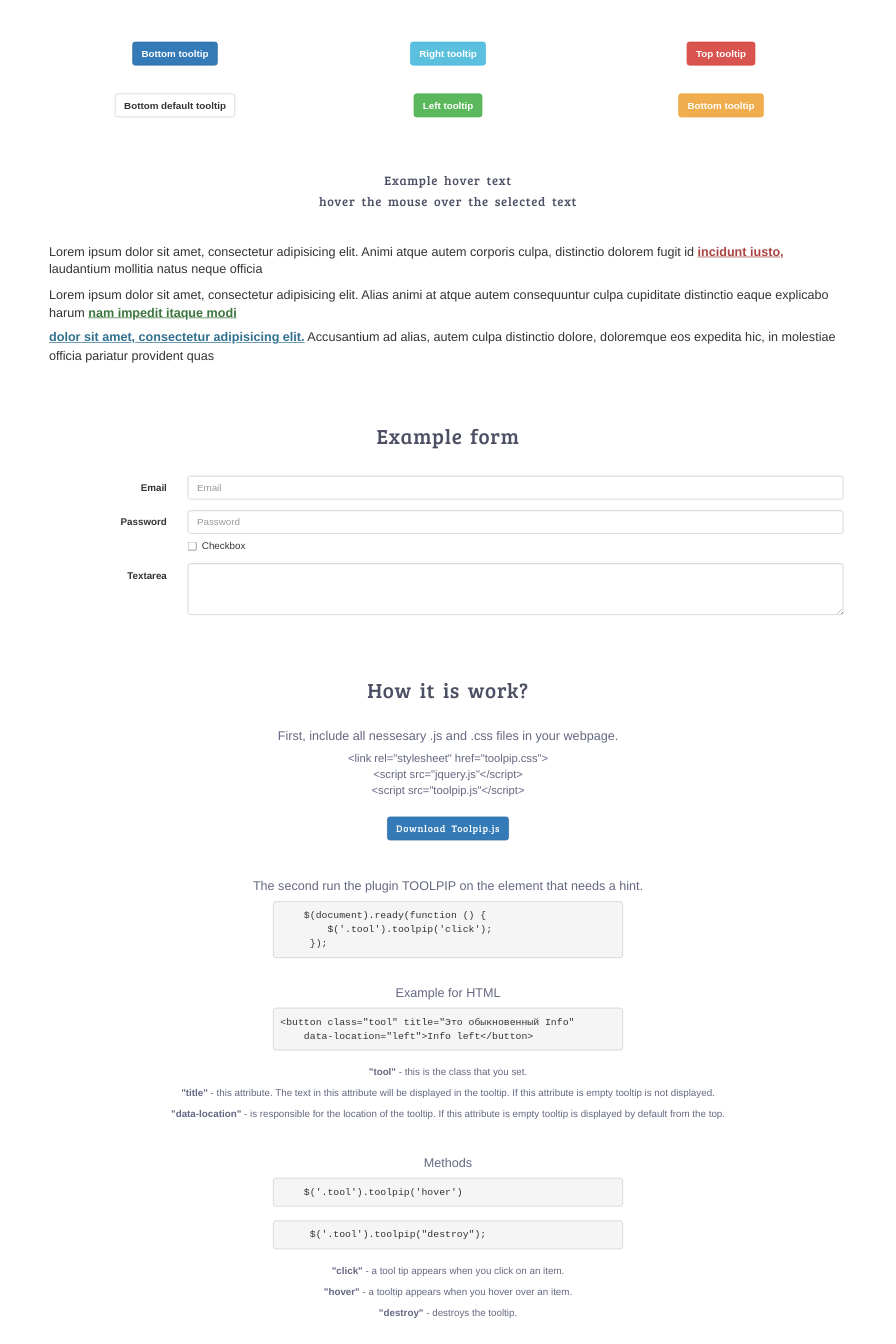
Repository: Raz-Dva/Toolpip-plugin
Page: index.html
An editor plug-in stored every save of this project. The page is shown before and after the next save, followed by the edit.
The browser window is 1280 px wide. The pictures show the part of the page from y = 992 to 2912 px (the page is 3258 px tall before and 3261 px after), at 70% of full size.

Above is the page before, as saved 2021-10-21 11:08:37.

### index.html
<!DOCTYPE html>
<html lang="en">
  <head>
    <!-- Required meta tags -->
    <meta charset="utf-8" />
    <meta
      name="viewport"
      content="width=device-width, initial-scale=1, shrink-to-fit=no"
    />
    <!-- Bootstrap CSS -->
    <link rel="apple-touch-icon" sizes="180x180" href="/apple-touch-icon.png" />
    <link rel="icon" type="image/png" sizes="32x32" href="favicon-32x32.png" />
    <link rel="icon" type="image/png" sizes="16x16" href="favicon-16x16.png" />
    <link rel="mask-icon" href="/safari-pinned-tab.svg" color="#5bbad5" />
    <meta name="msapplication-TileColor" content="#da532c" />
    <meta name="theme-color" content="#ffffff" />
    <link rel="stylesheet" href="css/library/bootstrap.min.css" />
    <link rel="stylesheet" href="css/normalize.css" />
    <link rel="stylesheet" href="css/toolpip.min.css" />
    <link rel="stylesheet" href="css/main-style.css" />
    <link
      href="https://fonts.googleapis.com/css?family=Bree+Serif"
      rel="stylesheet"
    />
    <title>Toolpip</title>
  </head>
  <body>
    <header>
      <div class="header_bg">
        <div class="header_bg_img">
          <nav class="navbar navbar-default nav-header">
            <div class="container">
              <div class="navbar-header">
                <button
                  type="button"
                  class="navbar-toggle collapsed"
                  data-toggle="collapse"
                  data-target="#bs-example-navbar-collapse-1"
                  aria-expanded="false"
                >
                  <span class="sr-only">Toggle navigation</span>
                  <span class="icon-bar"></span>
                  <span class="icon-bar"></span>
                  <span class="icon-bar"></span>
                </button>
                <a
                  class="navbar-brand wrap-logo"
                  href="http://honcharov-portfolio.herokuapp.com/"
                >
                  <div class="logo-block">
                    <img src="img/my-logo1.jpg" alt="" />
                  </div>
                  <p class="name-logo">Hellfish</p>
                </a>
              </div>
              <!-- Collect the nav links, forms, and other content for toggling -->
              <div
                class="collapse navbar-collapse"
                id="bs-example-navbar-collapse-1"
              >
                <ul class="nav navbar-nav navbar-right">
                  <li><a href="#advantages">Advantages</a></li>
                  <li><a href="#example">Example</a></li>
                  <li><a href="#how-work">How it is work?</a></li>
                  <li>
                    <a href="https://github.com/Raz-Dva/Toolpip-plugin.git"
                      >Download</a
                    >
                  </li>
                </ul>
              </div>
              <!-- /.navbar-collapse -->
            </div>
            <!-- /.container-fluid -->
          </nav>
          <div class="container">
            <div class="row">
              <div class="col-md-6 text-head">
                <h1 class="text-right regular-head">Tooltip</h1>
                <h2 class="regular-head">
                  Tooltips can be attached to any element. When you hover the
                  element with your mouse, the title attribute is displayed in a
                  little box next to the element, just like a native tooltip.
                </h2>
                <h2 class="regular-head">
                  This is a plugin written for example. Not recommended for commercial projects.
                </h2>
                <a
                  href="https://github.com/Raz-Dva/Toolpip-plugin.git"
                  class="btn btn-primary btn-download"
                  >Download</a
                >
              </div>
              <div class="col-md-6 col-img-head">
                <div class="img-head">
                  <img src="img/head-img.png" alt="" />
                </div>
              </div>
            </div>
          </div>
        </div>
      </div>
    </header>
    <main>
      <div class="advantages block-article" id="advantages">
        <div class="container">
          <div class="row">
            <div class="col-sm-12">
              <h2 class="regular-head advantages-head">Advantages</h2>
            </div>
            <div class="col-md-4">
              <h3 class="regular-head">Available CCS</h3>
              <p class="advantages-text">
                You can easily customize your tooltip with css. Add your class
                for a hint using the
                <span class="text-danger">data-class=""</span> attribute and
                create your own styles for that class. Styles for tooltips by
                default are in the file
                <a href="https://github.com/Raz-Dva/Toolpip-plugin/blob/master/css/toolpip.css" class="text-danger text-underline">toolpip.css</a>
              </p>
            </div>
            <div class="col-md-4">
              <h3 class="regular-head">Convenient positioning</h3>
              <p class="advantages-text">
                Now you can not worry about the location of your tips. Your hint
                will automatically change its location if you get out of the
                screen. However, don't forget to test the web page on your
                smartphone.
              </p>
            </div>
            <div class="col-md-4">
              <h3 class="regular-head">Light weight</h3>
              <p class="advantages-text">
                This plugin weight is very light and script is very simple. But
                it is also low-functional. If you want to improve plugin or add
                your methods and functions need to modify file toolpip.js.
              </p>
            </div>
          </div>
        </div>
      </div>
      <div class="example-btn bckg block-article" id="example">
        <div class="container">
          <div class="row">
            <div class="col-sm-12">
              <h2 class="regular-head advantages-head text-center">
                Example click button
              </h2>
            </div>
            <div class="col-md-4 col-sm-6 text-center block-btn">
              <button
                class="btn btn-primary tool"
                data-location="bottom"
                data-class="tooltip-yellow"
                title="Text for tooltip"
              >
                Bottom tooltip
              </button>
            </div>
            <div class="col-md-4 col-sm-6 text-center block-btn">
              <button
                class="btn btn-info tool"
                data-class="tooltip-grey"
                data-location="right"
                title="Text for tooltip"
              >
                Right tooltip
              </button>
            </div>
            <div class="col-md-4 col-sm-6 text-center block-btn">
              <button
                class="btn btn-danger tool"
                data-class="tooltip-dark-blue"
                data-location="top"
                title="Lorem ipsum dolor sit amet, consectetur adipisicing elit. Ab accusamus amet et facilis nam, non officiis repellat voluptate"
              >
                Top tooltip
              </button>
            </div>
            <div class="col-md-4 col-sm-6 text-center block-btn">
              <button
                class="btn btn-default tool"
                data-location="bottom"
                title="Text for tooltip"
              >
                Bottom default tooltip
              </button>
            </div>

            <div class="col-md-4 col-sm-6 text-center block-btn">
              <button
                class="btn btn-success tool"
                data-class="tooltip-blue"
                data-location="left"
                title="Text for tooltip"
              >
                Left tooltip
              </button>
            </div>
            <div class="col-md-4 col-sm-6 text-center block-btn">
              <button
                class="btn btn-warning tool"
                data-class="tooltip-circle"
                data-location="bottom"
                title="82%"
              >
                Bottom tooltip
              </button>
            </div>
          </div>
        </div>
      </div>
      <div class="example-text block-article">
        <div class="container">
          <div class="row">
            <div class="col-sm-12">
              <h2 class="regular-head advantages-head text-center">
                <p>Example hover text</p>
                <p>hover the mouse over the selected text</p>
              </h2>
            </div>
            <div class="col-sm-12 example-text">
              <p class="">
                Lorem ipsum dolor sit amet, consectetur adipisicing elit. Animi
                atque autem corporis culpa, distinctio dolorem fugit id
                <strong
                  class="text-danger tool-hv text-underline"
                  data-location="bottom"
                  data-class="tooltip-yellow"
                  title="Text for tooltip"
                  >incidunt iusto,</strong
                >
                laudantium mollitia natus neque officia
              </p>
            </div>
            <div class="col-sm-12 example-text">
              <p class="">
                Lorem ipsum dolor sit amet, consectetur adipisicing elit. Alias
                animi at atque autem consequuntur culpa cupiditate distinctio
                eaque explicabo harum
                <strong
                  class="tool-hv text-success text-underline"
                  data-class="tooltip-blue"
                  data-location="left"
                  title="Text for tooltip"
                  >nam impedit itaque modi</strong
                >
              </p>
            </div>
            <div class="col-sm-12 example-text">
              <p class="">
                <strong
                  class="tool-hv text-info text-underline"
                  data-class="tooltip-dark-blue"
                  data-location="top"
                  title="10/2"
                  >dolor sit amet, consectetur adipisicing elit.</strong
                >
                Accusantium ad alias, autem culpa distinctio dolore, doloremque
                eos expedita hic, in molestiae officia pariatur provident quas
              </p>
            </div>
          </div>
        </div>
      </div>
      <div class="example-form block-article">
        <div class="container">
          <div class="row">
            <div class="col-sm-12">
              <h2 class="regular-head advantages-head text-center">
                Example form
              </h2>
            </div>
            <form class="form-horizontal">
              <div class="form-group">
                <label for="inputEmail" class="col-lg-2 control-label"
                  >Email</label
                >
                <div class="col-lg-10">
                  <input
                    type="text"
                    class="form-control tool-hv"
                    data-class="tooltip-yellow"
                    data-location="top"
                    title="Email"
                    id="inputEmail"
                    placeholder="Email"
                  />
                </div>
              </div>
              <div class="form-group">
                <label for="inputPassword" class="col-lg-2 control-label"
                  >Password</label
                >
                <div class="col-lg-10">
                  <input
                    type="password"
                    class="form-control tool-hv"
                    id="inputPassword"
                    placeholder="Password"
                    data-class="tooltip-blue"
                    data-location="left"
                    title="Password"
                  />
                  <div class="checkbox pull-left">
                    <input
                      type="checkbox"
                      class="tool-hv"
                      data-location="top"
                      title="Text for tooltip"
                    />

                    <label
                      class="tool-hv"
                      data-location="top"
                      title="Text for tooltip"
                      >Checkbox
                    </label>
                  </div>
                </div>
              </div>
              <div class="form-group">
                <label for="textArea" class="col-lg-2 control-label"
                  >Textarea</label
                >
                <div class="col-lg-10">
                  <textarea
                    class="form-control tool-hv"
                    data-class="tooltip-grey"
                    data-location="right"
                    title="Textarea"
                    rows="3"
                    id="textArea"
                  ></textarea>
                </div>
              </div>
            </form>
          </div>
        </div>
      </div>
      <div class="how-work block-article" id="how-work">
        <div class="container">
          <div class="row">
            <div class="col-sm-12">
              <h2 class="regular-head advantages-head text-center">
                How it is work?
              </h2>
              <p class="advantages-text">
                First, include all nessesary .js and .css files in your webpage.
              </p>
              <p class="text-center">
                <span class="code-item"
                  >&lt;link rel=&quot;stylesheet&quot;
                  href=&quot;toolpip.css&quot;&gt;</span
                >
                <br />
                <span class="code-item"
                  >&lt;script src=&quot;jquery.js&quot;&lt;/script&gt;</span
                >
                <br />
                <span class="code-item"
                  >&lt;script src=&quot;toolpip.js&quot;&lt;/script&gt;</span
                >
                <br />
                <br />

                <a
                  href="https://github.com/Raz-Dva/Toolpip-plugin.git"
                  class="btn btn-primary btn-download"
                  >Download Toolpip.js</a
                >
              </p>
              <br />
              <br />
              <p class="advantages-text">
                The second run the plugin TOOLPIP on the element that needs a
                hint.
              </p>
              <pre class="pre-block">
    $(document).ready(function () {
        $('.tool').toolpip('click');
     });</pre
              >
              <br />
              <br />
              <p class="advantages-text">Example for HTML</p>
              <pre class="pre-block">
&lt;button class="tool" title="Это обыкновенный Info"
    data-location="left"&gt;Info left&lt;/button&gt;</pre
              >
              <br />
              <p class="descript-text text-center">
                <span>"tool"</span> - this is the class that you set.
              </p>
              <p class="descript-text text-center">
                <span>"title"</span> - this attribute. The text in this
                attribute will be displayed in the tooltip. If this attribute is
                empty tooltip is not displayed.
              </p>
              <p class="descript-text text-center">
                <span>"data-location"</span> - is responsible for the location
                of the tooltip. If this attribute is empty tooltip is displayed
                by default from the top.
              </p>
              <br />
              <br />
              <p class="advantages-text">Methods</p>
              <pre class="pre-block">    $('.tool').toolpip('hover')</pre>
              <br />
              <pre class="pre-block">     $('.tool').toolpip("destroy");</pre>
              <br />
              <p class="descript-text text-center">
                <span>"click"</span> - a tool tip appears when you click on an
                item.
              </p>
              <p class="descript-text text-center">
                <span>"hover"</span> - a tooltip appears when you hover over an
                item.
              </p>
              <p class="descript-text text-center">
                <span>"destroy"</span> - destroys the tooltip.
              </p>
              <br />
              <br />
            </div>
          </div>
        </div>
      </div>
    </main>
    <footer>
      <div class="container">
        <div class="row">
          <div class="col-sm-12">
            <h2 class="regular-head text-center">
              For everyone who wants to write to me.
            </h2>
            <ul class="social-icon">
              <li>
                <a href="mailto:my.poshta.goncharov@gmail.com"
                  ><img src="img/email.svg" alt=""
                /></a>
              </li>
              <li>
                <a href="https://www.facebook.com/ivan.goncharov.180"
                  ><img src="img/facebook-svgrepo-com.svg" alt=""
                /></a>
              </li>
              <li>
                <a href="skype:ivan-my-skype"
                  ><img src="img/skype-svgrepo-com.svg" alt=""
                /></a>
              </li>
              <li>
                <a href="https://www.instagram.com/goncharov_ivan13/"
                  ><img src="img/instagram-svgrepo-com.svg" alt=""
                /></a>
              </li>
              <li>
                <a href="https://github.com/Raz-Dva"
                  ><img src="img/git.svg" alt=""
                /></a>
              </li>
            </ul>
            <p style="text-align: center">my.poshta.goncharov@gmail.com</p>
            <p style="text-align: center;  font-weight: bold;">
              <a style="color: #fff;" href="mailto:someone@yoursite.com">Write me</a>
            </p>
          </div>
        </div>
      </div>
    </footer>
    <div class="to-top" id="to-top">
      <div class="block-img_superman">
        <img src="img/super-top.png" alt="" />
      </div>
      <div class="block-img-farting">
        <img src="img/599514.png" alt="" />
      </div>
    </div>

    <script src="js/library/jquery-2.0.0.min.js"></script>
    <script src="js/library/bootstrap.min.js"></script>
    <script src="js/toolpip.min.js"></script>

    <script>
      $(document).ready(function () {
        $(".tool-hv").toolpip("hover");
        $(".tool").toolpip("click");
        //======= to top
        var toTop = $("#to-top"),
          far = $(".block-img-farting");

        toTop.click(function () {
          $("body,html").animate({ scrollTop: 0 }, 800);
          far.fadeIn();
        });
        $(window).scroll(function () {
          if ($(this).scrollTop() != 0) {
            toTop.fadeIn();
          } else {
            toTop.fadeOut();
            far.fadeOut();
          }
        });
        //======= the transition for anchors
        $(function () {
          $('a[href^="#"]').on("click", function (event) {
            event.preventDefault();
            var sc = $(this).attr("href"),
              dn = $(sc).offset().top;
            $("html, body").animate({ scrollTop: dn }, 1000);
          });
        });
      });
    </script>
  </body>
</html>

### css/toolpip.min.css
.toolpip{display:none;position:absolute;z-index:10;line-height:1;border-radius:4px;padding:5px 10px;color:#fff;max-width:140px;min-width:100px;text-align:center;width:auto;font-size:14px;background:rgba(102,100,102,1)}.toolpip:after{content:'';display:block;position:absolute}.toolpip[data-show='right']:after{right:100%;top:50%;margin-top:-8px;width:0;height:0;border-top:8px solid transparent;border-right:8px solid rgba(102,100,102,1);border-bottom:8px solid transparent}.toolpip[data-show='left']:after{left:100%;top:50%;margin-top:-8px;width:0;height:0;border-top:8px solid transparent;border-left:8px solid rgba(102,100,102,1);border-bottom:8px solid transparent}.toolpip[data-show='top']:after{left:50%;top:100%;margin-left:-8px;width:0;height:0;border-left:8px solid transparent;border-right:8px solid transparent;border-top:8px solid rgba(102,100,102,1)}.toolpip[data-show='bottom']:after{left:50%;bottom:100%;margin-left:-8px;width:0;height:0;border-left:8px solid transparent;border-right:8px solid transparent;border-bottom:8px solid rgba(102,100,102,1)}.toolpip p{margin:0}

Loaded but not shown: css/library/bootstrap.min.css (library); css/normalize.css (library); js/library/jquery-2.0.0.min.js (library); js/library/bootstrap.min.js (library); js/toolpip.min.js (library); css/main-style.css (516 lines, source omitted)

After the next save:
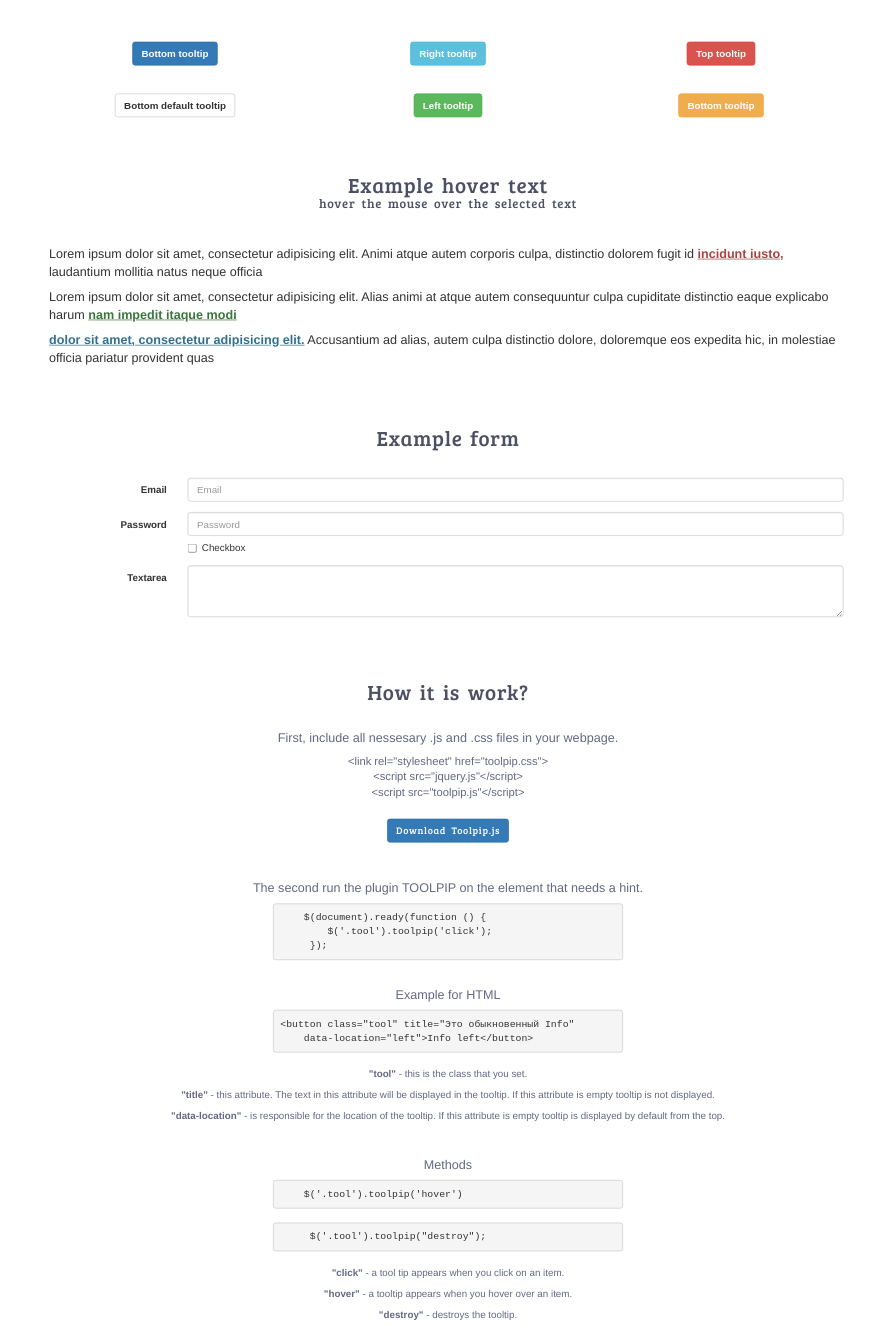
Saved 12 s later.
--- a/index.html
+++ b/index.html
@@ -215,7 +215,7 @@
           <div class="row">
             <div class="col-sm-12">
               <h2 class="regular-head advantages-head text-center">
-                <p>Example hover text</p>
+                Example hover text
                 <p>hover the mouse over the selected text</p>
               </h2>
             </div>
